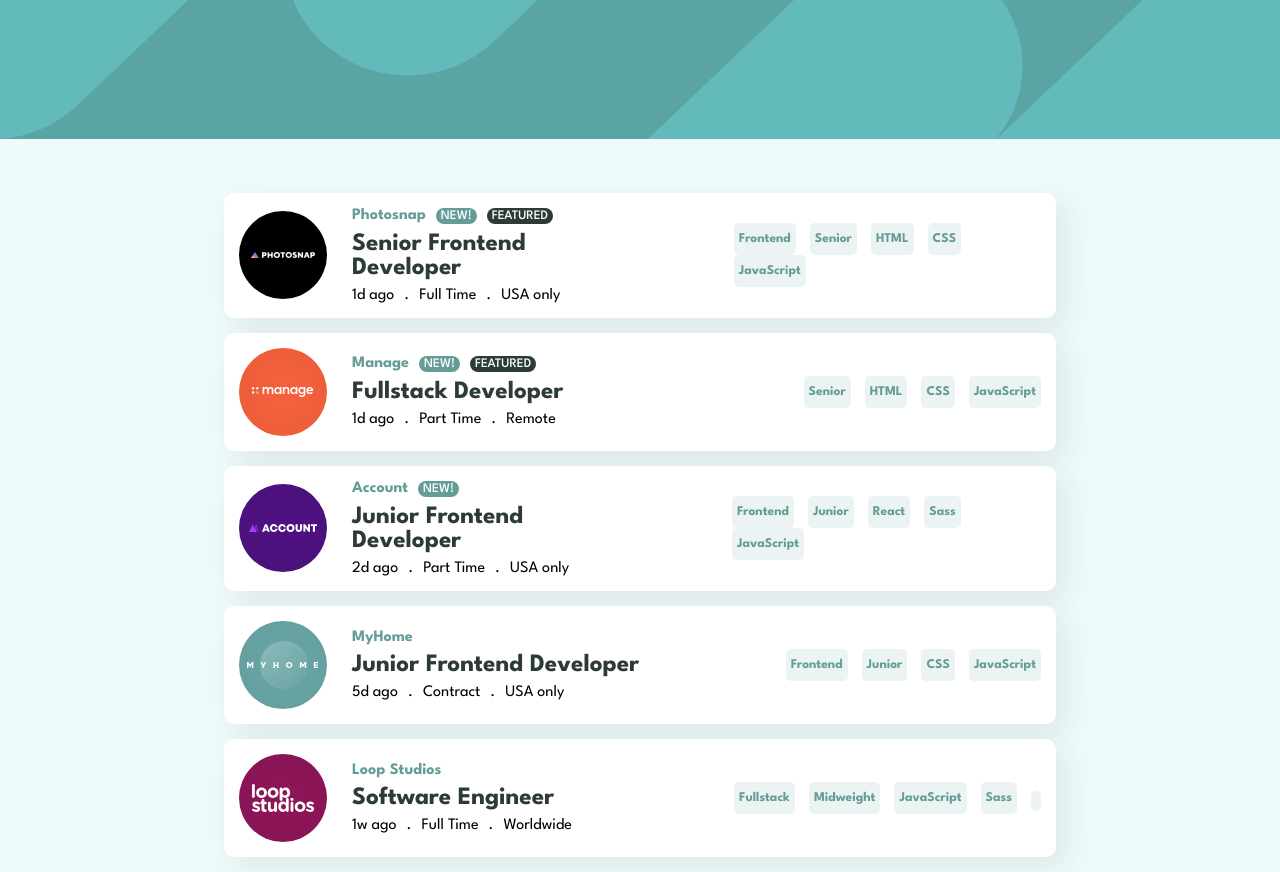
Repository: Eldream12/JobListing
Page: index.html
These files come from the project's save history. The page is drawn as it stood at one moment and after the next save; the edit follows.
The browser window is 1280 px wide. The pictures show the whole page.

Above is the page before, as saved 2025-03-31 22:09:11.

### index.html
<!DOCTYPE html>
<html lang="en">
	<head>
		<meta charset="UTF-8" />
		<meta name="viewport" content="width=device-width, initial-scale=1.0" />
		<title>Job Listing</title>
		<link rel="stylesheet" href="style/style.css" />
	</head>

	<body>
		<header>
			<div>
				<img src="Images/bg-header-desktop.svg" alt="NavHeader" />
			</div>
		</header>

		<main>
			<div class="content-carrier">
				<div class="content">
					<div class="ctn">
						<img src="Images/photosnap.svg" alt="photosnap" />
						<div class="content-text">
							<div class="txt-1">
								<h4>Photosnap</h4>
								<div class="btn-1">
									<button>NEW!</button>
								</div>
								<div class="btn-2">
									<button>FEATURED</button>
								</div>
							</div>
							<div class="txt-2">
								<h2>Senior Frontend Developer</h2>
							</div>
							<div class="txt-3">
								<p>1d ago</p>
								<p>.</p>
								<p>Full Time</p>
								<p>.</p>
								<p>USA only</p>
							</div>
						</div>
					</div>

					<div class="btn">
						<button>Frontend</button>
						<button>Senior</button>
						<button>HTML</button>
						<button>CSS</button>
						<button>JavaScript</button>
					</div>
				</div>

				<div class="content">
					<div class="ctn">
						<img src="Images/manage.svg" alt="photosnap" />
						<div class="content-text">
							<div class="txt-1">
								<h4>Manage</h4>
								<div class="btn-1">
									<button>NEW!</button>
								</div>
								<div class="btn-2">
									<button>FEATURED</button>
								</div>
							</div>
							<div class="txt-2">
								<h2>Fullstack Developer</h2>
							</div>
							<div class="txt-3">
								<p>1d ago</p>
								<p>.</p>
								<p>Part Time</p>
								<p>.</p>
								<p>Remote</p>
							</div>
						</div>
					</div>

					<div class="btn">
						<!-- <button>Frontend</button> -->
						<button>Senior</button>
						<button>HTML</button>
						<button>CSS</button>
						<button>JavaScript</button>
					</div>
				</div>

				<div class="content">
					<div class="ctn">
						<img src="Images/account.svg" alt="photosnap" />
						<div class="content-text">
							<div class="txt-1">
								<h4>Account</h4>
								<div class="btn-1">
									<button>NEW!</button>
								</div>
								<div class="btn-2">
									<!-- <button>FEATURED</button> -->
								</div>
							</div>
							<div class="txt-2">
								<h2>Junior Frontend Developer</h2>
							</div>
							<div class="txt-3">
								<p>2d ago</p>
								<p>.</p>
								<p>Part Time</p>
								<p>.</p>
								<p>USA only</p>
							</div>
						</div>
					</div>

					<div class="btn">
						<button>Frontend</button>
						<button>Junior</button>
						<button>React</button>
						<button>Sass</button>
						<button>JavaScript</button>
					</div>
				</div>

				<div class="content">
					<div class="ctn">
						<img src="Images/myhome.svg" alt="photosnap" />
						<div class="content-text">
							<div class="txt-1">
								<h4>MyHome</h4>
								<div class="btn-1">
									<!-- <button>NEW!</button> -->
								</div>
								<div class="btn-2">
									<!-- <button>FEATURED</button> -->
								</div>
							</div>
							<div class="txt-2">
								<h2>Junior Frontend Developer</h2>
							</div>
							<div class="txt-3">
								<p>5d ago</p>
								<p>.</p>
								<p>Contract</p>
								<p>.</p>
								<p>USA only</p>
							</div>
						</div>
					</div>

					<div class="btn">
						<button>Frontend</button>
						<button>Junior</button>
						<!-- <button>React</button> -->
						<button>CSS</button>
						<button>JavaScript</button>
					</div>
				</div>

				<div class="content">
					<div class="ctn">
						<img src="Images/loop-studios.svg" alt="photosnap" />
						<div class="content-text">
							<div class="txt-1">
								<h4>Loop Studios</h4>
								<div class="btn-1">
									<!-- <button>NEW!</button> -->
								</div>
								<div class="btn-2">
									<!-- <button>FEATURED</button> -->
								</div>
							</div>
							<div class="txt-2">
								<h2>Software Engineer</h2>
							</div>
							<div class="txt-3">
								<p>1w ago</p>
								<p>.</p>
								<p>Full Time</p>
								<p>.</p>
								<p>Worldwide</p>
							</div>
						</div>
					</div>

					<div class="btn">
						<button>Fullstack</button>
						<button>Midweight</button>
						<button>JavaScript</button>
						<button>Sass</button>
						<button></button>
					</div>
				</div>
			</div>
		</main>
		<footer></footer>
	</body>
</html>

### style/style.css
@import url("https://fonts.googleapis.com/css2?family=League+Spartan:wght@100..900&display=swap");

* {
	font-family: League Spartan;
	margin: 0;
	padding: 0;
	box-sizing: border-box;
}

html body {
	background-color: hsl(180, 52%, 96%);
}

header img {
	width: 100%;
	background-color: hsl(180, 29%, 50%);
	margin-bottom: 50px;
}

.content-carrier .content {
	display: flex;
	background-color: #ffffff;
	align-items: center;
	justify-content: space-between;
	max-width: 65%;
	margin: auto;
	padding: 15px 15px 15px 15px;
	gap: 90px;
	border-radius: 10px;
	box-shadow: #2c3b3817 10px 10px 30px;
	margin-bottom: 15px;
}

.content-carrier .content .txt-1 {
	display: flex;
}

.content-carrier .content .txt-3 {
	display: flex;
}

.content-carrier .content .ctn {
	display: flex;
	align-items: center;
}

.content .ctn img {
	margin-right: 25px;
}

.content .btn button {
	background-color: #ebf4f3;
	border: none;
	padding: 10px 5px 10px 5px;
	border-radius: 5px;
	color: #649d97;
	font-weight: 700;
	margin-left: 10px;
}

.content .txt-1 h4 {
	color: #649d97;
}

.content .txt-1 .btn-1 button {
	background-color: #649d97;
}

.content .txt-1 .btn-2 button {
	background-color: #2c3b38;
}

.content .txt-1 button {
	font-size: 13px;
	font-weight: 500;
	color: #ffffff;
	border: none;
	padding: 2px 5px 2px 5px;
	border-radius: 10px;
	margin-left: 10px;
}

.content .txt-2 h2 {
	margin: 8px 0 8px 0;
	font-size: 25px;
	color: #2c3b38;
}

.content .txt-3 p {
	margin-right: 10px;
}

After the next save:
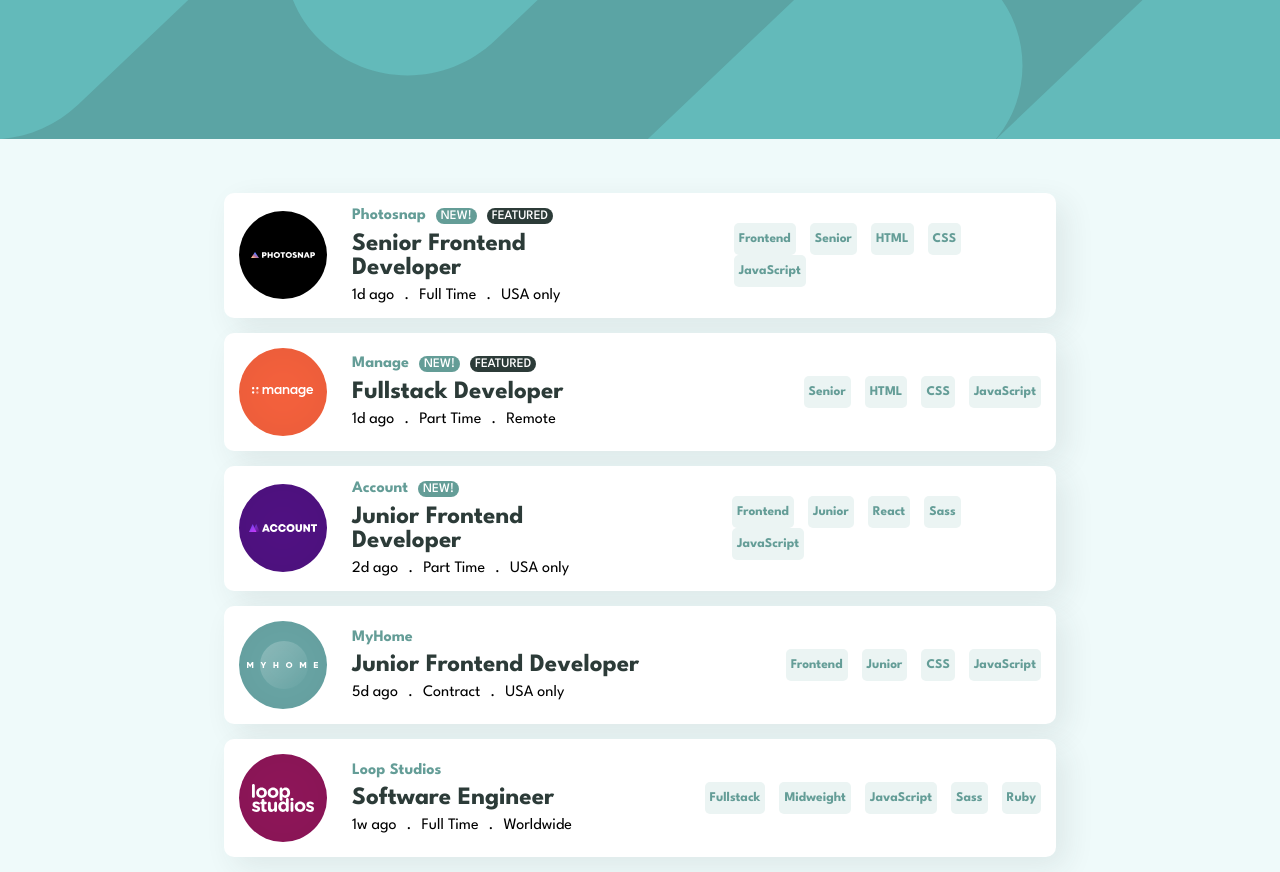
Saved 7 s later.
--- a/index.html
+++ b/index.html
@@ -187,7 +187,7 @@
 						<button>Midweight</button>
 						<button>JavaScript</button>
 						<button>Sass</button>
-						<button></button>
+						<button>Ruby</button>
 					</div>
 				</div>
 			</div>
